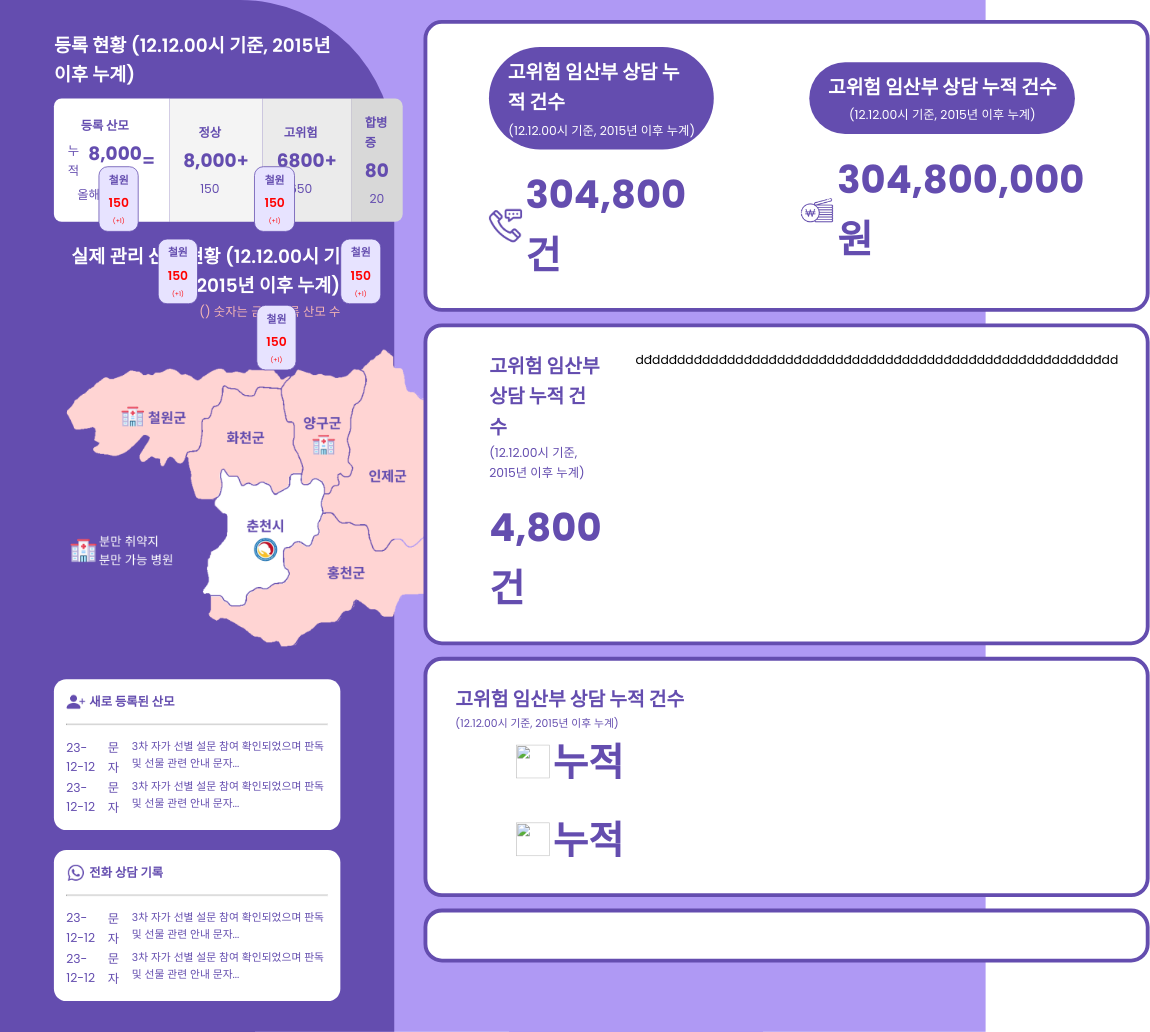
Repository: giapchicuong/Perganancy_Web
Page: index.html
These files come from the project's save history. The page is drawn as it stood at one moment and after the next save; the edit follows.
The browser window is 1280 px wide. The page is 1493 px wide, so the pictures cover 1493 px, including what lies to the right of the window. The pictures show the whole page, at 77% of full size.

Above is the page before, as saved 2024-03-07 12:34:30.

After the next save:
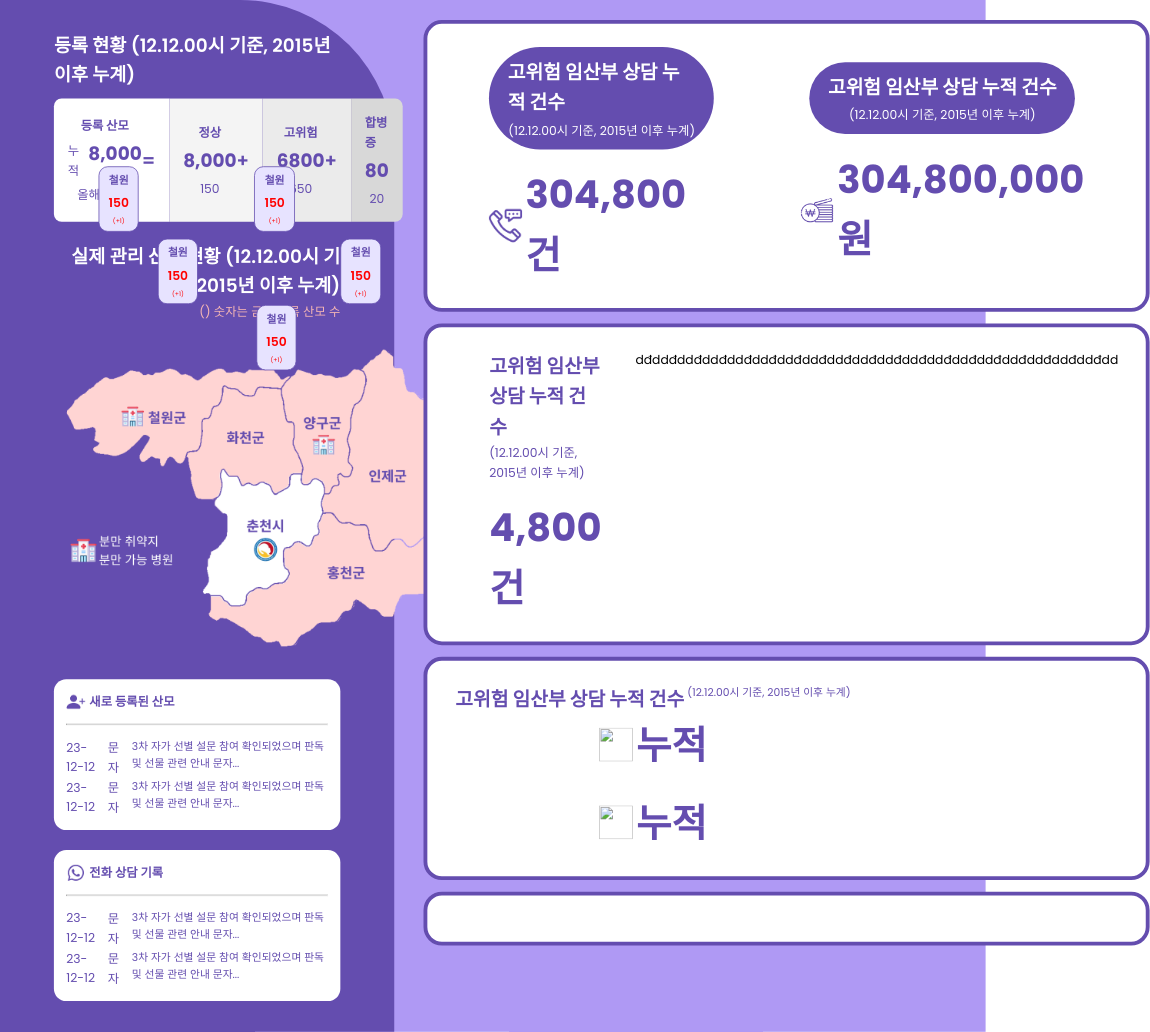
Saved 70 s later.
--- a/index.html
+++ b/index.html
@@ -222,7 +222,7 @@
                     </div>
                     <div class="advertising-right-item">
                         <div class="advertising-right-item--near-end">
-                            <div class="advertising-right-item-">
+                            <div class="advertising-right-item__top-header">
                                 <div class="advertising-right-item-top__title">고위험 임산부 상담 누적 건수</div>
                                 <div class="advertising-right-item-top__desc">(12.12.00시 기준, 2015년 이후 누계)</div>
                             </div>
--- a/assets/style.css
+++ b/assets/style.css
@@ -261,4 +261,7 @@
 }
 
 /* item 3 */
-.
+.advertising-right-item__top-header{
+    display: flex;
+    gap: 4px;
+}
